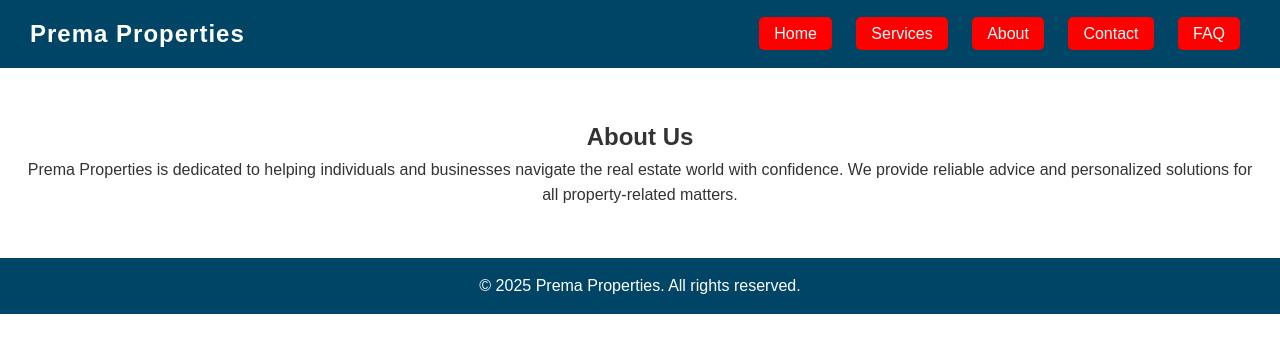
Repository: mnqobiMenzi/Prema-Properties
Page: about-us.html
The author's editor kept a copy of each file at every save. The page is drawn from the files as they stood at one save, then again after the next save.
The browser window is 1280 px wide. The pictures show the whole page.

Above is the page before, as saved 2025-10-04 08:50:26.

### about-us.html
<!DOCTYPE html>
<html lang="en">
<head>
  <meta charset="UTF-8">
  <meta name="viewport" content="width=device-width, initial-scale=1.0">
  <title>Prema Properties</title>
  <link rel="stylesheet" href="CSS/style.css">
</head>
<body>

  <!-- Header / Navigation -->
  <header>
    <div class="logo">Prema Properties</div>
    <nav>
      <a href="index.html" class="active">Home</a>
      <a href="services.html" class="active">Services</a>
      <a href="#about" class="active">About</a>
      <a href="contact-us.html" class="active">Contact</a>
      <a href="FAQ.html" class="active">FAQ</a>
    </nav>
  </header>


  <!-- About Section -->
  <section id="about" class="about">
    <h2>About Us</h2>
    <p>Prema Properties is dedicated to helping individuals and businesses navigate the real estate world with confidence. We provide reliable advice and personalized solutions for all property-related matters.</p>
  </section>

  <!-- Footer -->
  <footer>
    <p>© 2025 Prema Properties. All rights reserved.</p>
  </footer>

</body>
</html>

### CSS/style.css
* {
  margin: 0;
  padding: 0;
  box-sizing: border-box;
  font-family: Arial, sans-serif;
}

body {
  line-height: 1.6;
  color: #333;
}

/* Header */
header {
  position: sticky;
  top: 0;
  display: flex;
  justify-content: space-between;
  align-items: center;
  padding: 15px 30px;
  background: #004466;
  color: #fff;
  z-index: 1000;
}
header .logo {
  font-size: 1.5em;
  font-weight: 700;
  font-family: 'Poppins', sans-serif;
  color: #fff;
  letter-spacing: 1px;
  display: flex;
  align-items: center;
}
header nav a {
  margin: 0 10px;
  color: #fff;
  padding: 8px 15px;
  border-radius: 5px;
  text-decoration: none;
  font-weight: 500;
  font-family: 'Poppins', sans-serif;
  transition: color 0.3s ease, border-bottom 0.3s ease;
}

header nav a:hover {
  color: #fff;
  background: rgba(128, 128, 128, 0.3);
  /* border-bottom: 2px solid #ffcc00; */
  padding-bottom: 3px;
}
/* Active link */
header nav a.active {
  /* background: #ffcc00;
  font-weight: bold;
  border-bottom: 2px solid #004466; */
  background: red;
}
/* Hero */
.hero {
  background: url('https://source.unsplash.com/1600x600/?house,property') no-repeat center center/cover;
  color: white;
  text-align: center;
  padding: 100px 20px;
}
.hero h1 {
  font-size: 2.5em;
}
.hero .btn {
  display: inline-block;
  margin-top: 20px;
  padding: 10px 20px;
  background: #ff6600;
  color: white;
  border-radius: 5px;
  text-decoration: none;
}
.hero .btn:hover {
  background: #cc5200;
}

/* Sections */
section {
  padding: 50px 20px;
  text-align: center;
}
.services .service-list {
  display: grid;
  grid-template-columns: repeat(auto-fit, minmax(200px, 1fr));
  gap: 20px;
  margin-top: 20px;
}
.service {
  background: #f4f4f4;
  padding: 20px;
  border-radius: 10px;
}

/* Contact */
.contact form {
  display: flex;
  flex-direction: column;
  max-width: 400px;
  margin: auto;
}
.contact input, .contact textarea {
  margin-bottom: 15px;
  padding: 10px;
  border: 1px solid #ddd;
  border-radius: 5px;
}
.contact button {
  padding: 10px;
  border: none;
  background: #004466;
  color: white;
  cursor: pointer;
  border-radius: 5px;
}
.contact button:hover {
  background: #00334d;
}

/* Footer */
footer {
  background: #004466;
  color: #fff;
  text-align: center;
  padding: 15px;
}

After the next save:
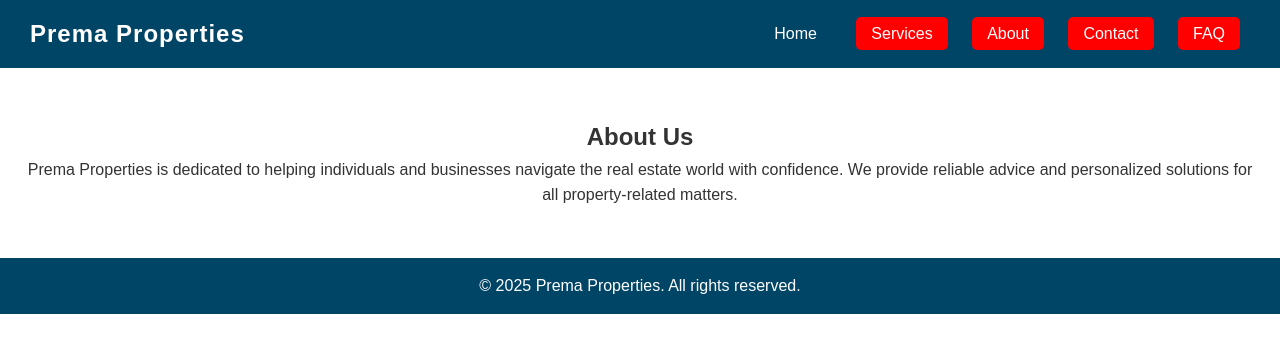
Saved 9 s later.
--- a/about-us.html
+++ b/about-us.html
@@ -12,7 +12,7 @@
   <header>
     <div class="logo">Prema Properties</div>
     <nav>
-      <a href="index.html" class="active">Home</a>
+      <a href="index.html">Home</a>
       <a href="services.html" class="active">Services</a>
       <a href="#about" class="active">About</a>
       <a href="contact-us.html" class="active">Contact</a>
